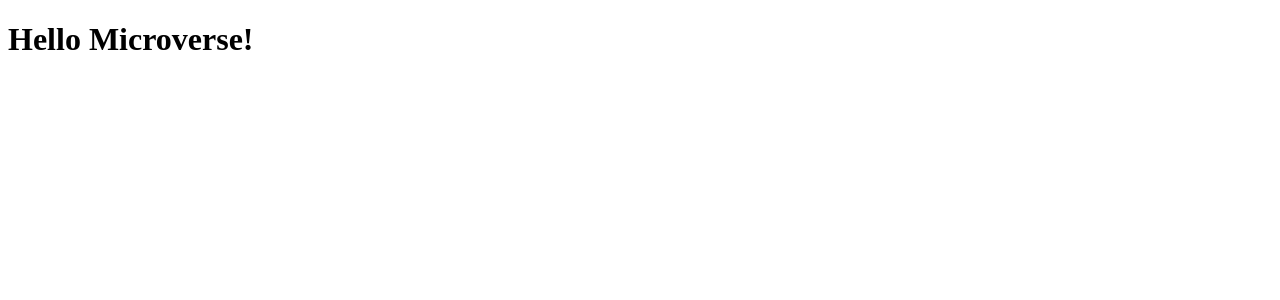
Repository: camilevahviraki/Hello_world_M
Page: Hello.html
These files come from the project's save history. The page is drawn as it stood at one moment and after the next save; the edit follows.
The browser window is 1280 px wide. The pictures show the whole page.

Above is the page before, as saved 2022-03-16 05:16:31.

After the next save:
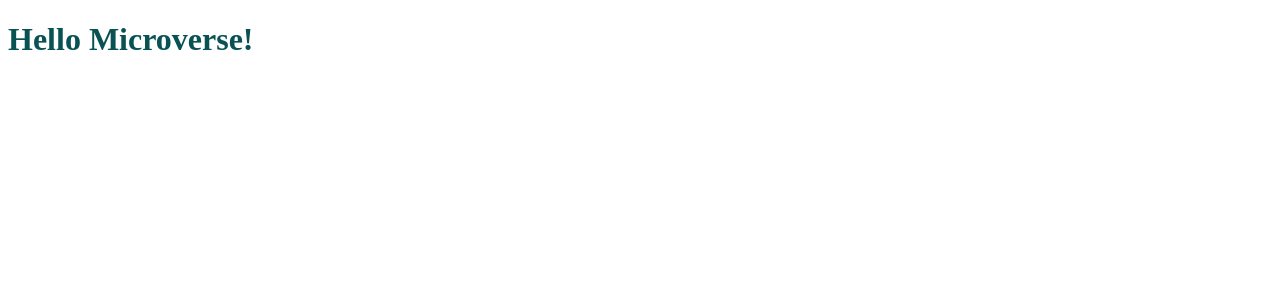
Saved 2 min 28 s later.
--- a/Hello.html
+++ b/Hello.html
@@ -8,6 +8,6 @@
     <title>Hello world</title>
 </head>
 <body>
-    <h1 class="title">Hello Microverse!</h1>
+    <h1 class="title1">Hello Microverse!</h1>
 </body>
 </html>
